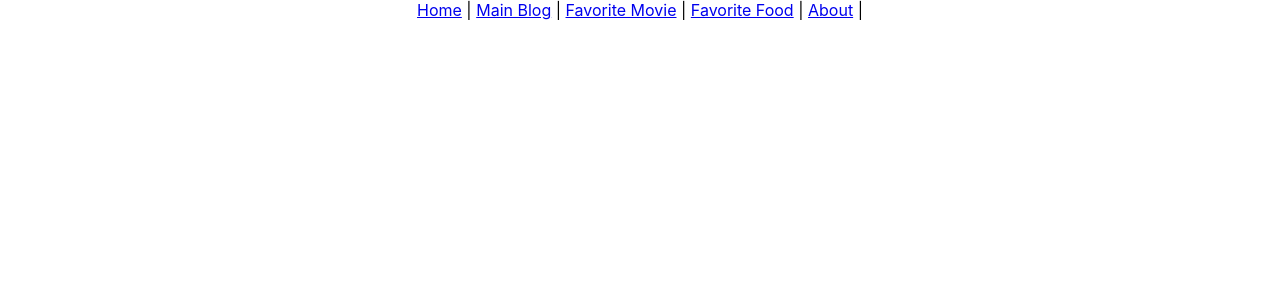
Repository: cerebrium/blogreact
Page: /mainblog
An editor plug-in stored every save of this project. The page is shown before and after the next save, followed by the edit.
The browser window is 1280 px wide. The pictures show the whole page.
The project was rebuilt for these pictures with package versions that can differ from the ones it lists, and the page was loaded fresh each time. Also part of the build but not shown: src/Home.jsx, src/FavoriteMovie.jsx, src/FavoriteFood.jsx, src/About.jsx.

Above is the page before, as saved 2019-10-31 17:09:03.

After the next save:
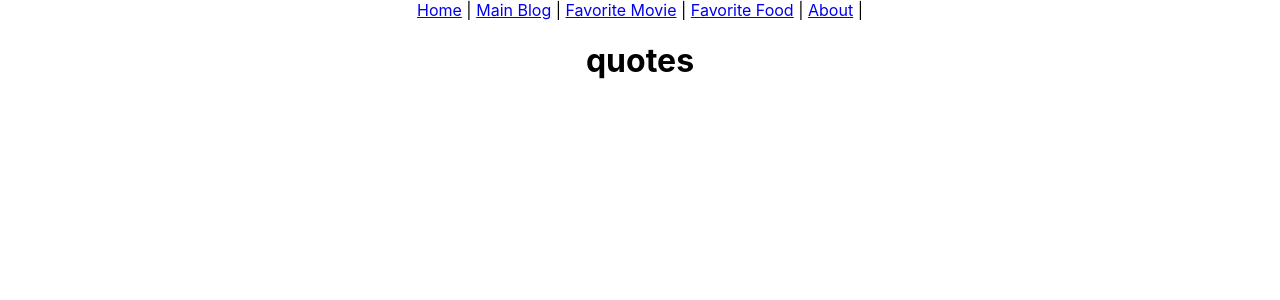
Saved 6 s later.
--- a/src/Mainblog.jsx
+++ b/src/Mainblog.jsx
@@ -4,6 +4,7 @@ function Home (props) {
     let mappedquotes = props.quote.map(ele => <p>{ele}</p>)
     return (
         <>
+            <h1>quotes</h1>
             <p>{mappedquotes}</p>
         </>
     )
